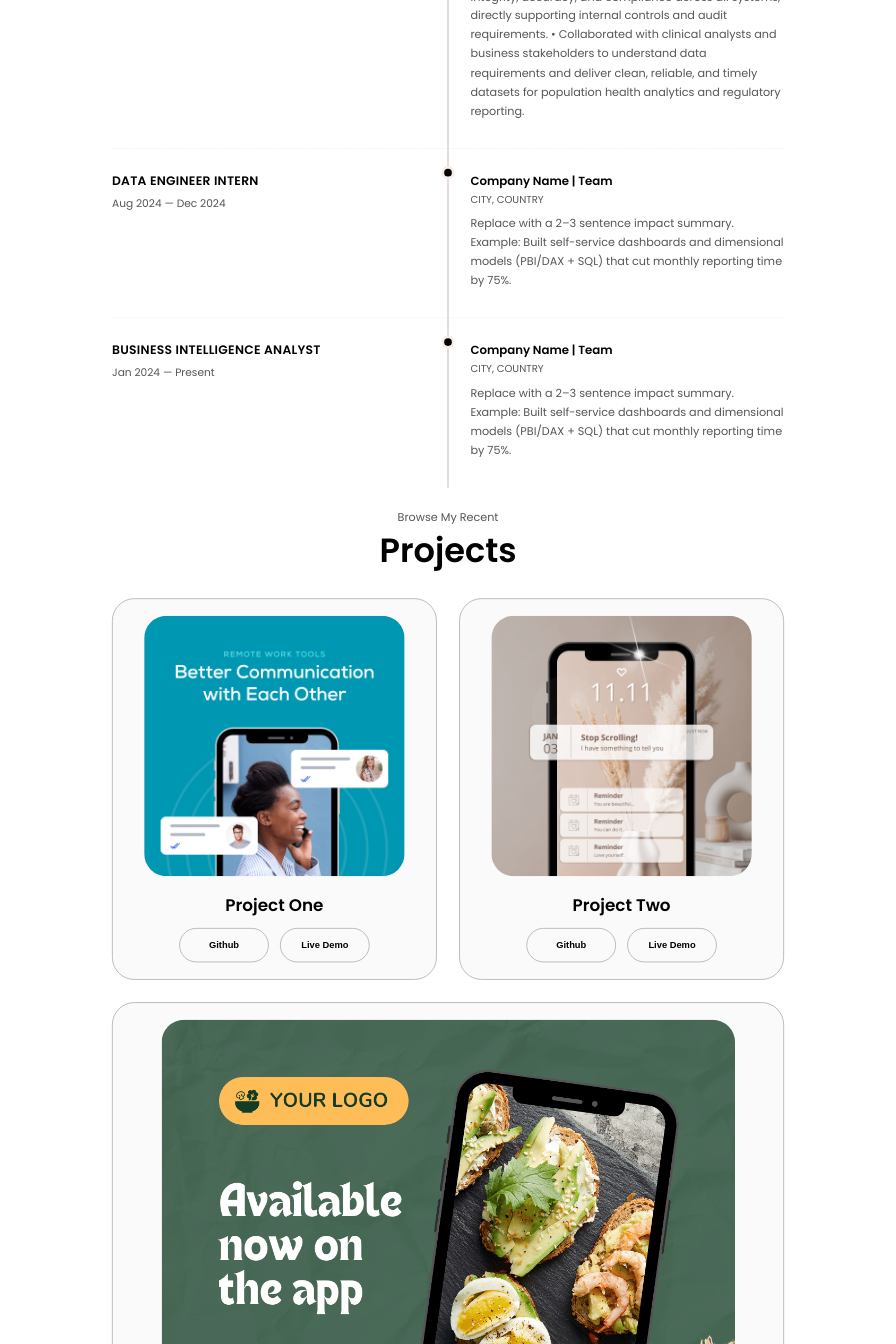
Repository: Komal-A99/komal-albhar
Page: index.html
The author's editor kept a copy of each file at every save. The page is drawn from the files as they stood at one save, then again after the next save.
The browser window is 1280 px wide. The pictures show the part of the page from y = 2054 to 3974 px (the page is 5268 px tall before and 5404 px after), at 70% of full size.

Above is the page before, as saved 2025-08-26 11:11:02.

### index.html
<!DOCTYPE html>
<html lang="en">
  <head>
    <meta charset="UTF-8" />
    <meta http-equiv="X-UA-Compatible" content="IE=edge" />
    <meta name="viewport" content="width=device-width, initial-scale=1.0" />
    <title>Komal Albhar Portfolio</title>
    <link rel="stylesheet" href="style.css" />
    <link rel="stylesheet" href="mediaqueries.css" />
    <link rel="icon" type="image/gif" href="career.gif" />
  </head>
  <body>
    <nav id="desktop-nav">
      <div class="logo">Komal Albhar</div>
      <div>
        <ul class="nav-links">
          <li><a href="#about">About</a></li>
          <li><a href="#experience">Experience</a></li>
          <li><a href="#projects">Projects</a></li>
          <li><a href="#contact">Contact</a></li>
        </ul>
      </div>
    </nav>
    <nav id="hamburger-nav">
      <div class="logo">Komal Albhar</div>
      <div class="hamburger-menu">
        <div class="hamburger-icon" onclick="toggleMenu()">
          <span></span>
          <span></span>
          <span></span>
        </div>
        <div class="menu-links">
          <li><a href="#about" onclick="toggleMenu()">About</a></li>
          <li><a href="#experience" onclick="toggleMenu()">Experience</a></li>
          <li><a href="#projects" onclick="toggleMenu()">Projects</a></li>
          <li><a href="#contact" onclick="toggleMenu()">Contact</a></li>
        </div>
      </div>
    </nav>
    <section id="profile">
      <div class="section__pic-container">
        <img src="./assets/profile-pic.jpeg" alt="Komal Albhar profile picture" />
      </div>
      <div class="section__text">
        <p class="section__text__p1">Hello, I'm</p>
        <h1 class="title">Komal Albhar</h1>
        <p class="section__text__p2"><span id="rotating-text" class="fancy-title"></span></p>
        <div class="btn-container">
          <button
            class="btn btn-color-2"
            onclick="window.open('./assets/resume-example.pdf')"
          >
            Download CV
          </button>
          <button class="btn btn-color-1" onclick="location.href='./#contact'">
            Contact Info
          </button>
        </div>
        <div id="socials-container">
          <img
            src="./assets/linkedin.png"
            alt="My LinkedIn profile"
            class="icon"
            onclick="location.href='https://www.linkedin.com/in/komal-s-b44762373/'"
          />
          <img
            src="./assets/github.png"
            alt="My Github profile"
            class="icon"
            onclick="location.href='https://github.com/Komal-A99'"
          />
          <img
          src="./assets/visualization.png"
          alt="My Visualization profile"
          class="icon"
          onclick="location.href='https://public.tableau.com/app/profile/komal.albhar/vizzes'"
        />
        </div>
      </div>
    </section>
    <section id="about">
      <p class="section__text__p1">Get To Know More</p>
      <h1 class="title">About Me</h1>
      <div class="section-container">
       <!-- <div class="section__pic-container">
        <img
          src="./assets/about-pic.png"
          alt="Profile picture"
          class="about-pic"
        />

      </div>-->
        <div class="about-details-container">
          <div class="about-containers">
            <div class="details-container">
              <img
                src="./assets/experience.png"
                alt="Experience icon"
                class="icon"
              />
              <h3>Experience</h3>
              <p>3 years <br />Data Analyst </p>
            </div>
            <div class="details-container">
              <img
                src="./assets/education.png"
                alt="Education icon"
                class="icon"
              />
              <h3>Education</h3>
              <p>B.E. Bachelors Degree<br />M.S. Masters Degree</p>
            </div>
          </div>
          <div class="text-container">
            <p>
              Lorem ipsum dolor sit amet consectetur adipisicing elit. Hic quis
              reprehenderit et laborum, rem, dolore eum quod voluptate
              exercitationem nobis, nihil esse debitis maxime facere minus sint
              delectus velit in eos quo officiis explicabo deleniti dignissimos.
              Eligendi illum libero dolorum cum laboriosam corrupti quidem,
              reiciendis ea magnam? Nulla, impedit fuga!
            </p>
          </div>
        </div>
      </div>
      <img
        src="./assets/arrow.png"
        alt="Arrow icon"
        class="icon arrow"
        onclick="location.href='./#experience'"
      />
    </section>
    <section id="experience">
      <p class="section__text__p1">Professional Background</p>
      <h1 class="title">Experience</h1>

      <div class="timeline">
        <!-- ITEM -->
        <div class="tl-item">
          <div class="tl-left">
            <h3>Data Engineer</h3>
            <div class="tl-date">Jan 2024 — Present</div>
          </div>
          <div class="tl-right">
            <h3 class="company">Humanitarians AI</h3>
            <div class="location">Remote</div>
            <p class="desc">
              Designed and implemented scalable data pipelines on AWS using Glue, Lambda, and S3 to automate the ingestion and
              processing of large-scale, unstructured clinical and patient data, improving data availability for reporting by 40%.
              • Developed and optimized Python scripts for complex ETL processes, transforming raw EHR (Electronic Health
              Record) and claims data into structured, analysis-ready formats for analytics and operational reporting.
              • Built automated data validation and quality checks within pipelines to ensure data integrity, accuracy, and compliance
              across all systems, directly supporting internal controls and audit requirements.
              • Collaborated with clinical analysts and business stakeholders to understand data requirements and deliver clean,
              reliable, and timely datasets for population health analytics and regulatory reporting.
            </p>
          </div>
        </div>

        <div class="tl-item">
          <div class="tl-left">
            <h3>Data Engineer Intern</h3>
            <div class="tl-date">Aug 2024 — Dec 2024</div>
          </div>
          <div class="tl-right">
            <h3 class="company">Company Name | Team</h3>
            <div class="location">City, Country</div>
            <p class="desc">
              Replace with a 2–3 sentence impact summary. Example: Built self-service dashboards and
              dimensional models (PBI/DAX + SQL) that cut monthly reporting time by 75%.
            </p>
          </div>
        </div>

        <div class="tl-item">
          <div class="tl-left">
            <h3>Business Intelligence Analyst</h3>
            <div class="tl-date">Jan 2024 — Present</div>
          </div>
          <div class="tl-right">
            <h3 class="company">Company Name | Team</h3>
            <div class="location">City, Country</div>
            <p class="desc">
              Replace with a 2–3 sentence impact summary. Example: Built self-service dashboards and
              dimensional models (PBI/DAX + SQL) that cut monthly reporting time by 75%.
            </p>
          </div>
        </div>

        <!-- Duplicate tl-item blocks for each role -->
      </div>
    </section>

    <section id="projects">
      <p class="section__text__p1">Browse My Recent</p>
      <h1 class="title">Projects</h1>
      <div class="experience-details-container">
        <div class="about-containers">
          <div class="details-container color-container">
            <div class="article-container">
              <img
                src="./assets/project-1.png"
                alt="Project 1"
                class="project-img"
              />
            </div>
            <h2 class="experience-sub-title project-title">Project One</h2>
            <div class="btn-container">
              <button
                class="btn btn-color-2 project-btn"
                onclick="location.href='https://github.com/'"
              >
                Github
              </button>
              <button
                class="btn btn-color-2 project-btn"
                onclick="location.href='https://github.com/'"
              >
                Live Demo
              </button>
            </div>
          </div>
          <div class="details-container color-container">
            <div class="article-container">
              <img
                src="./assets/project-2.png"
                alt="Project 2"
                class="project-img"
              />
            </div>
            <h2 class="experience-sub-title project-title">Project Two</h2>
            <div class="btn-container">
              <button
                class="btn btn-color-2 project-btn"
                onclick="location.href='https://github.com/'"
              >
                Github
              </button>
              <button
                class="btn btn-color-2 project-btn"
                onclick="location.href='https://github.com/'"
              >
                Live Demo
              </button>
            </div>
          </div>
          <div class="details-container color-container">
            <div class="article-container">
              <img
                src="./assets/project-3.png"
                alt="Project 3"
                class="project-img"
              />
            </div>
            <h2 class="experience-sub-title project-title">Project Three</h2>
            <div class="btn-container">
              <button
                class="btn btn-color-2 project-btn"
                onclick="location.href='https://github.com/'"
              >
                Github
              </button>
              <button
                class="btn btn-color-2 project-btn"
                onclick="location.href='https://github.com/'"
              >
                Live Demo
              </button>
            </div>
          </div>
        </div>
      </div>
      <img
        src="./assets/arrow.png"
        alt="Arrow icon"
        class="icon arrow"
        onclick="location.href='./#contact'"
      />
    </section>
    <section id="contact">
      <div class="contact-wrap">
        <!-- LEFT: copy -->
        <div class="contact-left">
          <p class="section__text__p1">Get in Touch</p>
          <h1 class="title contact-title">Contact Me</h1>

          <h3 class="contact-sub">I’d like to hear from you!</h3>
          <p class="contact-blurb">
            If you have any inquiries or just want to say hi, please use the contact form.
          </p>

          <a class="contact-email" href="mailto:albhar.komal@gmail.com">
            <img src="./assets/email.png" alt="Email icon" class="icon contact-icon email-icon" />
            albhar.komal@gmail.com
          </a>

          <div class="contact-socials">
            <img
              src="./assets/linkedin.png"
              alt="LinkedIn"
              class="icon"
              onclick="location.href='https://www.linkedin.com/in/komal-s-b44762373/'"
            />
            <img
              src="./assets/github.png"
              alt="GitHub"
              class="icon"
              onclick="location.href='https://github.com/Komal-A99'"
            />
            <img
              src="./assets/visualization.png"
              alt="Tableau"
              class="icon"
              onclick="location.href='https://public.tableau.com/app/profile/komal.albhar/vizzes'"
            />
          </div>
        </div>

        <!-- RIGHT: form -->
        <form class="contact-form">
          <div class="form-row two-col">
            <div class="form-field">
              <label for="first">First Name</label>
              <input id="first" name="first" type="text" autocomplete="given-name" required />
            </div>
            <div class="form-field">
              <label for="last">Last Name</label>
              <input id="last" name="last" type="text" autocomplete="family-name" required />
            </div>
          </div>

          <div class="form-row">
            <div class="form-field">
              <label for="email">Email <span aria-hidden="true">*</span></label>
              <input id="email" name="email" type="email" autocomplete="email" required />
            </div>
          </div>

          <div class="form-row">
            <div class="form-field">
              <label for="message">Message</label>
              <textarea id="message" name="message" rows="6" placeholder="Write your message…"></textarea>
            </div>
          </div>

          <div class="form-actions">
            <button type="submit" class="btn btn-color-1 send-btn">Send</button>
          </div>
        </form>
      </div>
    </section>
    <footer>
      <nav>
        <div class="nav-links-container">
          <ul class="nav-links">
            <li><a href="#about">About</a></li>
            <li><a href="#experience">Experience</a></li>
            <li><a href="#projects">Projects</a></li>
            <li><a href="#contact">Contact</a></li>
          </ul>
        </div>
      </nav>
      <p>Copyright &#169; 2024 Komal Albhar. All Rights Reserved.</p>
    </footer>
    <script src="script.js"></script>
  </body>
</html>

### mediaqueries.css
@media screen and (max-width: 1400px) {
    #profile {
      height: 83vh;
      margin-bottom: 6rem;
    }
    .about-containers {
      flex-wrap: wrap;
    }
    #contact,
    #projects {
      height: fit-content;
    }
  }

  @media screen and (max-width: 1200px) {
    #desktop-nav {
      display: none;
    }
    #hamburger-nav {
      display: flex;
    }
    #experience,
    .experience-details-container {
      margin-top: 2rem;
    }
    #profile,
    .section-container {
      display: block;
    }
    .arrow {
      display: none;
    }
    section,
    .section-container {
      height: fit-content;
    }
    section {
      margin: 0 5%;
    }
    .section__pic-container {
      width: 275px;
      height: 275px;
      margin: 0 auto 2rem;
    }
    .about-containers {
      margin-top: 0;
    }
  }

  @media screen and (max-width: 600px) {
    #contact,
    footer {
      height: 40vh;
    }
    #profile {
      height: 83vh;
      margin-bottom: 0;
    }
    article {
      font-size: 1rem;
    }
    footer nav {
      height: fit-content;
      margin-bottom: 2rem;
    }
    .about-containers,
    .contact-info-upper-container,
    .btn-container {
      flex-wrap: wrap;
    }
    .contact-info-container {
      margin: 0;
    }
    .contact-info-container p,
    .nav-links li a {
      font-size: 1rem;
    }
    .experience-sub-title {
      font-size: 1.25rem;
    }
    .logo {
      font-size: 1.5rem;
    }
    .nav-links {
      flex-direction: column;
      gap: 0.5rem;
      text-align: center;
    }
    .section__pic-container {
      width: auto;
      height: 46vw;
      justify-content: center;
    }
    .section__text__p2 {
      font-size: 1.25rem;
    }
    .title {
      font-size: 2rem;
    }
    .text-container {
      text-align: justify;
    }
  }

Loaded but not shown: script.js (24 lines, source omitted); style.css (532 lines, source omitted)

After the next save:
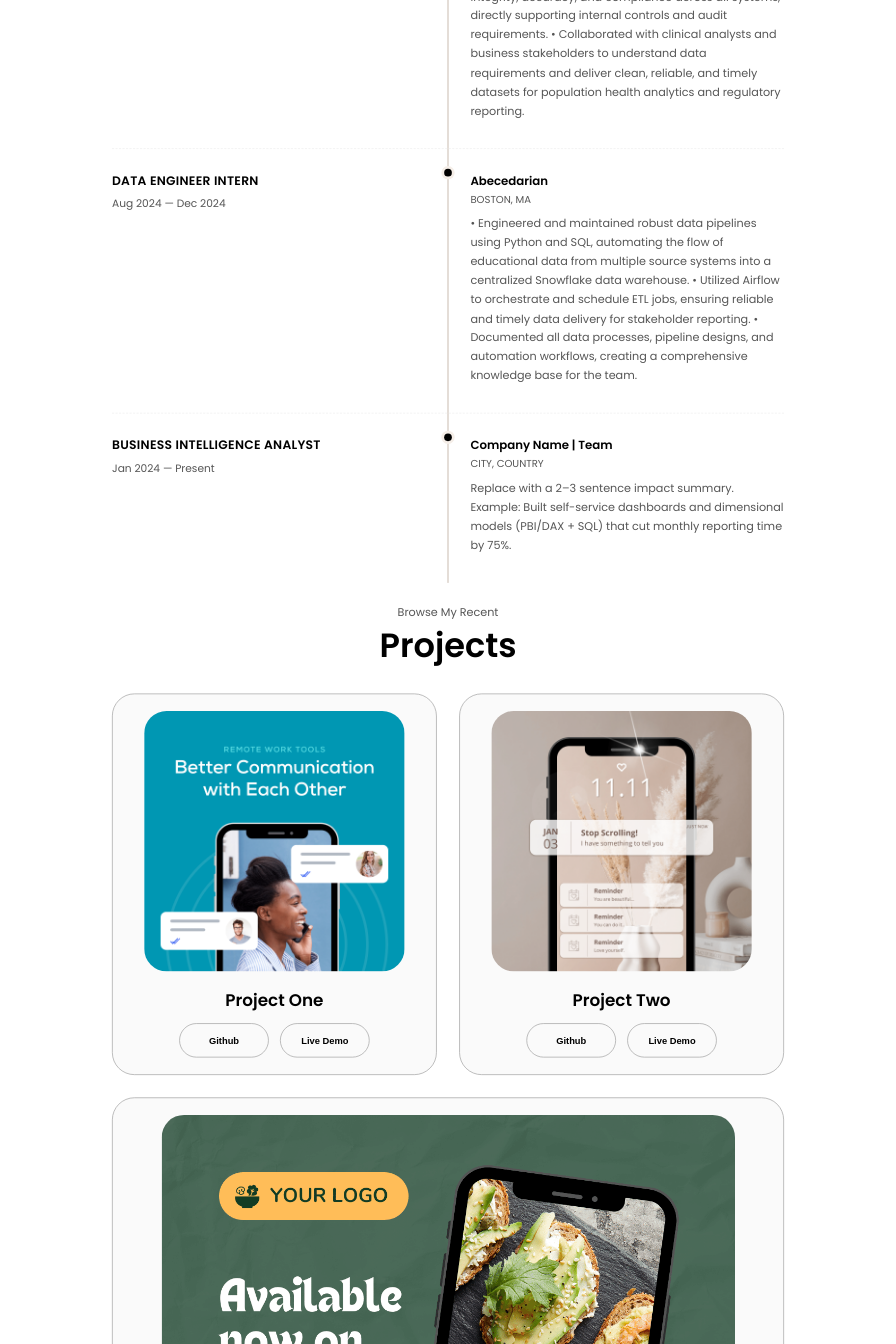
Saved 57 s later.
--- a/index.html
+++ b/index.html
@@ -163,11 +163,15 @@
             <div class="tl-date">Aug 2024 — Dec 2024</div>
           </div>
           <div class="tl-right">
-            <h3 class="company">Company Name | Team</h3>
-            <div class="location">City, Country</div>
+            <h3 class="company">Abecedarian</h3>
+            <div class="location">Boston, MA</div>
             <p class="desc">
-              Replace with a 2–3 sentence impact summary. Example: Built self-service dashboards and
-              dimensional models (PBI/DAX + SQL) that cut monthly reporting time by 75%.
+              • Engineered and maintained robust data pipelines using Python and SQL, automating the flow of educational data from
+                multiple source systems into a centralized Snowflake data warehouse.
+              • Utilized Airflow to orchestrate and schedule ETL jobs, ensuring reliable and timely data delivery for stakeholder
+                reporting.
+              • Documented all data processes, pipeline designs, and automation workflows, creating a comprehensive knowledge base
+                for the team.
             </p>
           </div>
         </div>
